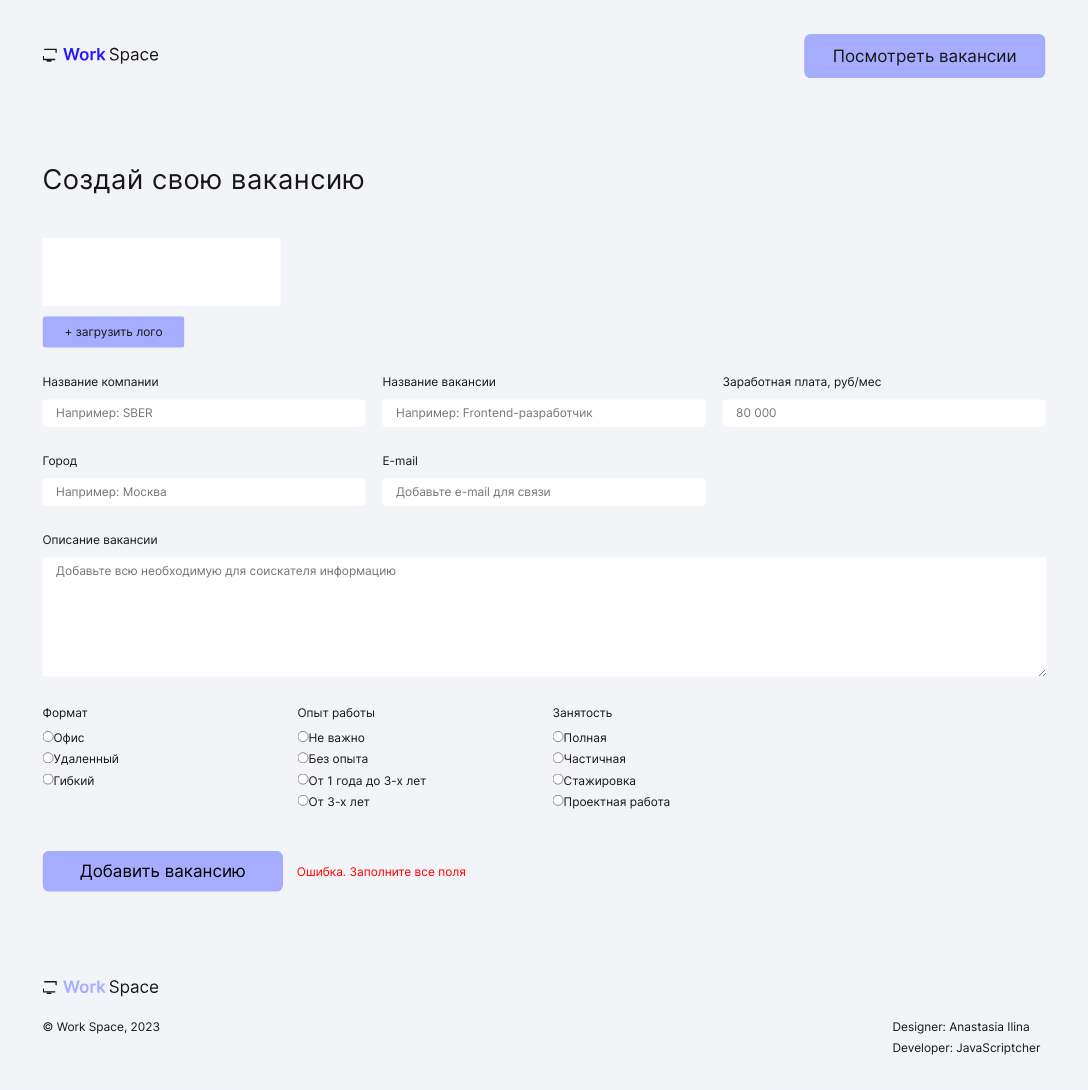
Repository: alexboagreek/workspace_js
Page: employer.html
The author's editor kept a copy of each file at every save. The page is drawn from the files as they stood at one save, then again after a run of saves.
The browser window is 1280 px wide. The pictures show the whole page, at 85% of full size.

Above is the page before, as saved 2023-09-14 11:32:46.
Console error: TypeError: Cannot read properties of null (reading 'addEventListener')

### employer.html
<!DOCTYPE html>
<html lang="ru">
  <head>
    <meta charset="UTF-8" />
    <meta name="viewport" content="width=device-width, initial-scale=1.0" />
    <title>Workspace - добавить вакансию</title>

    <link rel="stylesheet" href="index.css" />

    <script src="js/choices.min.js" defer></script>
    <script src="js/script.js" defer></script>
  </head>

  <body>
    <header class="header">
      <div class="container header__container">
        <a href="index.html">
          <img
            class="header__logo"
            src="img/logo.svg"
            alt="Логитип WorkSpace"
          />
        </a>
        <div class="header__links">
          <a class="header__link" href="index.html#vacancies">
            Посмотреть вакансии
          </a>
        </div>
      </div>
    </header>

    <main>
      <section class="employer">
        <div class="container">
          <h1 class="employer__title">Создай свою вакансию</h1>

          <form class="employer__form">
            <div class="employer__file file">
              <div class="file__wrap-preview">
                <img src="#" alt="" class="file__preview" />
              </div>

              <div class="file__wrap-btn">
                <label for="logo" class="file__label"> + загрузить лого </label>
                <input
                  name="logo"
                  type="file"
                  class="file__input"
                  id="logo"
                  accept="image/png, image/jpeg"
                  required
                />
              </div>
            </div>

            <fieldset class="employer__fieldset-input">
              <div class="employer__wrap-input">
                <label class="employer__label" for="company"
                  >Название компании
                </label>

                <input
                  type="text"
                  class="employer__input"
                  id="company"
                  name="company"
                  placeholder="Например: SBER"
                />
              </div>

              <fieldset class="employer__fieldset">
                <div class="employer__wrap-input">
                  <label class="employer__label" for="title"
                    >Название вакансии</label
                  >

                  <input
                    type="text"
                    class="employer__input"
                    id="title"
                    name="title"
                    placeholder="Например: Frontend-разработчик"
                  />
                </div>
              </fieldset>

              <fieldset class="employer__fildset">
                <div class="employer__wrap-input">
                  <label class="employer__label" for="salary"
                    >Заработная плата, руб/мес</label
                  >

                  <input
                    type="number"
                    class="employer__input"
                    id="salary"
                    name="salary"
                    placeholder="80 000"
                  />
                </div>
              </fieldset>

              <fieldset class="employer__fildset">
                <div class="employer__wrap-input">
                  <label class="employer__label" for="location">Город</label>

                  <input
                    type="text"
                    class="employer__input"
                    id="location"
                    name="location"
                    placeholder="Например: Москва"
                  />
                </div>
              </fieldset>

              <fieldset class="employer__fildset">
                <div class="employer__wrap-input">
                  <label class="employer__label" for="email">E-mail</label>

                  <input
                    type="email"
                    class="employer__input"
                    id="email"
                    name="email"
                    placeholder="Добавьте e-mail для связи"
                  />
                </div>
              </fieldset>
            </fieldset>



            <fieldset class="employer__fieldset-textarea">
              <label class="employer__label" for="description"
                >Описание вакансии</label
              >

              <textarea
                class="employer__textarea"
                name="description"
                id="description"
                placeholder="Добавьте всю необходимую для соискателя информацию"
              ></textarea>
            </fieldset>

            <div class="employer__radio-buttons">
              <fieldset class="employer__fieldset-radio">
                <legend class="employer__legend">Формат</legend>

                <label class="employer__label-radio radio">
                  <input
                    type="radio"
                    class="radio__input"
                    name="format"
                    value="Офис"
                  />Офис
                </label>

                <label class="employer__label-radio radio">
                  <input
                    type="radio"
                    class="radio__input"
                    name="format"
                    value="Удаленный"
                  />Удаленный
                </label>

                <label class="employer__label-radio radio">
                  <input
                    type="radio"
                    class="radio__input"
                    name="format"
                    value="Гибкий"
                  />Гибкий
                </label>
              </fieldset>

              <fieldset class="employer__fieldset-radio">
                <legend class="employer__legend">Опыт работы</legend>

                <label class="employer__label-radio radio">
                  <input
                    type="radio"
                    class="radio__input"
                    name="experience"
                    value="Не важно"
                  />Не важно
                </label>

                <label class="employer__label-radio radio">
                  <input
                    type="radio"
                    class="radio__input"
                    name="experience"
                    value="Без опыта"
                  />Без опыта
                </label>

                <label class="employer__label-radio radio">
                  <input
                    type="radio"
                    class="radio__input"
                    name="experience"
                    value="От 1 года до 3-х лет"
                  />От 1 года до 3-х лет
                </label>

                <label class="employer__label-radio radio">
                  <input
                    type="radio"
                    class="radio__input"
                    name="experience"
                    value="От 3-х лет"
                  />От 3-х лет
                </label>
              </fieldset>

              <fieldset class="employer__fieldset-radio">
                <legend class="employer__legend">Занятость</legend>

                <label class="employer__label-radio radio">
                  <input
                    type="radio"
                    class="radio__input"
                    name="type"
                    value="Полная"
                  />Полная
                </label>

                <label class="employer__label-radio radio">
                  <input
                    type="radio"
                    class="radio__input"
                    name="type"
                    value="Частичная"
                  />Частичная
                </label>

                <label class="employer__label-radio radio">
                  <input
                    type="radio"
                    class="radio__input"
                    name="type"
                    value="Стажировка"
                  />Стажировка
                </label>

                <label class="employer__label-radio radio">
                  <input
                    type="radio"
                    class="radio__input"
                    name="type"
                    value="Проектная работа"
                  />Проектная работа
                </label>
              </fieldset>
            </div>

            <div class="employer__wrap-submit">
              <button class="employer__submit" type="submit">
                Добавить вакансию
              </button>
              <div class="employer__error">Ошибка. Заполните все поля</div>
            </div>
          </form>
        </div>
      </section>
    </main>

    <footer class="footer">
      <div class="container footer__container">
        <img
          class="footer__logo"
          src="img/logo-footer.svg"
          alt="Логотип WorkSpace"
        />

        <p class="footer__copyright">© Work Space, 2023</p>

        <ul class="footer__contacts">
          <li class="footer__contact">
            Designer:
            <a class="footer__link" href="#">Anastasia Ilina</a>
          </li>
          <li class="footer__contact">
            Developer:
            <a class="footer__link" href="#">JavaScriptcher</a>
          </li>
        </ul>
      </div>
    </footer>
  </body>
</html>

### index.css
@import "style/normalize.css";
@import "style/choices.min.css";
@import "style/style.css";
@import "style/header.css";
@import "style/hero.css";
@import "style/vacancies.css";
@import "style/filter.css";
@import "style/choices.css";
@import "style/checkbox.css";
@import "style/cards.css";
@import "style/vacancy.css";
@import "style/footer.css";
@import "style/modal.css";
@import "style/detail.css";
@import "style/employer.css";
@import "style/file.css";
@import "style/radio.css";

### style/style.css
@font-face {
  font-family: Inter;
  font-weight: 400;
  src: url("../fonts/inter-regular.woff2") format("woff2"),
    url("../fonts/inter-regular.woff") format("woff");
}

html {
  scroll-behavior: smooth;
  position: relative;
  box-sizing: border-box;
}

*,
*:before,
*:after {
  box-sizing: inherit;
}

body {
  min-width: 320px;
  min-height: 100vh;
  font-family: Inter, sans-serif;
  font-size: 14px;
  color: #171717;
  background-color: #f3f4f8;
  line-height: 1.2;
}

img,
svg {
  max-width: 100%;
  max-height: 100%;
  height: auto;
}

button {
  padding: 0;
  border: 0;
  cursor: pointer;
  background-color: transparent;
}

a {
  text-decoration: none;
  color: inherit;
}

ul {
  padding: 0;
  margin: 0;
  list-style: none;
}

h1,
h2,
h3,
p {
  margin: 0;
}

fieldset {
  padding: 0;
  margin: 0;
  border: 0;
}

.visually-hidden {
  position: fixed;
  transform: scale(0);
}

.container {
  --width: 1180px;
  --padding: 30px;
  max-width: calc(var(--width) + var(--padding) * 2);
  margin: 0 auto;
  padding: 0 var(--padding);
}

.blue-text {
  color: #2a18ff;
}

@media (max-width: 1140px) {
  .container {
    --width: 880px;
  }
}

@media (max-width: 940px) {
  .container {
    --width: 680px;
  }
}

@media (max-width: 640px) {
  .container {
    --padding: 15px;
  }
}

### style/header.css
.header {
  padding: 40px 0;
}

.header__container {
  display: flex;
  align-items: center;
  justify-content: space-between;
  flex-wrap: wrap;
  gap: 24px;
}

.header__links {
  display: flex;
  gap: 8px;
  flex-wrap: wrap;
}

.header__link {
  padding: 12px 32px;
  border-radius: 8px;
  background-color: #a6adff;
  font-size: 20px;
  text-align: center;
  border: 2px solid transparent;
  transition-property: color, background-color;
  transition-duration: 0.2s;
  transition-timing-function: ease-in-out;
}

.header__link_o {
  background-color: transparent;
  border: 2px solid #A6ADFF;
}

.header__link:focus-visible {
  border-color: #4f58be;
}

.header__link:hover {
  color: #fff;
  background-color: #2a18ff;
}


@media (max-width: 1140px) {
  .header {
    padding: 32px 0 40px;
  }
}

@media (max-width: 940px) {
  .header {
    padding: 24px 0 30px;
  }

  .header__link {
    padding: 8px 23px;
    font-size: 14px;
  }
}

@media (max-width: 640px) {
  .header {
    padding: 24px 0 20px;
  }

  .header__container {
    flex-direction: column;
    align-items: center;
    justify-content: center;
  }

  .header__links {
    max-width: 290px;
  }

  .header__link {
    width: 100%;
  }

}

### style/hero.css
.hero {
  padding: 60px 0 50px;
}

.hero__container {
  position: relative;
  padding-top: 57px;
  padding-bottom: 57px;
}

.hero__container:after {
  content: "";
  position: absolute;
  right: -9px;
  top: 0;
  bottom: 0;
  width: 421px;
  background: url("../img/laptop.png") no-repeat center/contain;
}

.hero__title {
  position: relative;
  z-index: 2;
  max-width: 780px;
  font-size: 90px;
  letter-spacing: 1.8px;
  text-transform: uppercase;
}

@media (max-width: 1140px) {
  .hero {
    padding: 40px 0;
  }

  .hero__container {
    padding-top: 53px;
    padding-bottom: 53px;
  }

  .hero__container:after {
    width: 340px;
  }

  .hero__title {
    max-width: 580px;
    font-size: 64px;
    letter-spacing: 1.28px;
  }
}

@media (max-width: 940px) {
  .hero {
    padding: 30px 0;
  }

  .hero__container {
    padding-top: 40px;
    padding-bottom: 40px;
  }

  .hero__container:after {
    width: 269px;
  }

  .hero__title {
    max-width: 450px;
    font-size: 52px;
    letter-spacing: 1.04px;
  }
}

@media (max-width: 640px) {
  .hero {
    padding-top: 20px;
    padding-bottom: 10px;
  }

  .hero__container {
    padding-top: 0;
    padding-bottom: 234px;
  }

  .hero__title {
    max-width: 290px;
    text-align: center;
    margin: 0 auto;
    font-size: 32px;
  }

  .hero__container:after {
    right: auto;
    top: auto;
    height: 269px;
    left: 50%;
    transform: translateX(-50%);
    background-position: bottom;
  }
}

### style/vacancies.css
.vacancies {
  padding: 50px 0;
}

.vacancies__container {
  display: flex;
  align-items: start;
  gap: 24px 20px;
}

.vacancies__filter-btn {
  display: none;
}

.vacancies__filter {
  flex: 0 0 280px;
}

.vacancies__cards {
  flex-basis: 100%;
}

@media (max-width: 1140px) {
  .vacancies {
    padding: 40px 0;
  }
}

@media (max-width: 940px) {
  .vacancies {
    padding: 30px 0;
  }

  .vacancies__container {
    flex-direction: column;
    row-gap: 0;
  }

  .vacancies__filter-btn {
    display: flex;
    align-items: center;
    margin-bottom: 24px;
    transition-property: margin-bottom, color;
    transition-duration: 0.2s, 0.3s;
    transition-timing-function: ease-in-out;
    transition-delay: 0.2s, 0s;
    color: #2a18ff;
    line-height: 20px;
  }

  .vacancies__filter-btn:hover:not(:focus) {
    color: #a6adff;
  }

  .vacancies__filter-btn-arrow {
    position: relative;
    top: -2px;
    display: block;
    width: 20px;
    height: 20px;
  }

  .vacancies__filter-btn_active {
    margin-bottom: 32px;
    transition-delay: 0s;
  }

  .vacancies__filter-btn_active .vacancies__filter-btn-arrow {
    transform: rotate(180deg);
    top: 2px;
  }

  .vacancies__filter {
    width: 100%;
    flex-basis: auto;
    height: 0;
    overflow: hidden;
    transition: height 0.4s ease-in-out;
  }

  .vacancies__filter_active {
    height: auto;
    margin-bottom: 40px;
  }

  .vacancies__cards {
    width: 100%;
  }
}

@media (max-width: 640px) {
  .vacancies__filter-btn_active {
    margin-bottom: 24px;
  }
}

### style/filter.css
.filter {
  position: relative;
}

.filter__reset {
  position: absolute;
  top: 7px;
  right: 0;
  color: #ccc;
}

.filter__title {
  font-size: 20px;
  font-weight: 400;
  margin-bottom: 32px;
}

.filter__form {
  display: flex;
  flex-direction: column;
  gap: 32px;
}

.filter__fieldset {
  display: flex;
  flex-direction: column;
  align-items: start;
}

.filter__legend {
  margin-bottom: 12px;
}

.filter__select {
  width: 100%;
}

.filter__range {
  display: flex;
  align-items: center;
  justify-content: space-between;
  gap: 10px;
}

.filter__label:not(:last-child) {
  margin-bottom: 8px;
}

.filter__input {
  flex: 1 1 50%;
  width: 100%;
  padding: 0 16px;
  height: 32px;
  border: 0;
}

.filter__input::placeholder {
  color: #ccc;
}

.filter__checkboxes {
  display: flex;
  flex-direction: column;
  gap: 32px;
}

.filter__button {
  padding: 8px 24px;
  border-radius: 4px;
  background-color: #a6adff;
  border: 2px solid transparent;
  transition-property: color, background-color;
  transition-duration: 0.2s;
  transition-timing-function: ease-in-out;
}

.filter__button:focus-visible {
  border-color: #4f58be;
}

.filter__button:hover {
  color: #fff;
  background-color: #2a18ff;
}

@media (max-width: 940px) {
  .filter__title {
    position: fixed;
    transform: scale(0);
  }

  .filter__input {
    max-width: 140px;
  }

  .filter__checkboxes {
    display: grid;
    grid-template-columns: repeat(auto-fit, minmax(180px, 1fr));
    gap: 24px 70px;
  }

  .filter__buttons {
    display: flex;
    gap: 16px;
    align-items: center;
  }

  .filter__reset {
    position: static;
  }
}

### style/choices.css
.choices {
  width: 100%;
}

.choices__inner {
  background-color: #fff;
  padding: 6px 16px;
  min-height: 32px;
  border: 0;
}

.choices__list--single {
  padding: 0;
}

.choices[data-type*="select-one"]::after {
  width: 20px;
  height: 20px;
  background: url("../img/arrow.svg") no-repeat center/contain;
  border: 0;
  top: 6px;
  right: 16px;
  margin-top: 0;
}

.choices[data-type*="select-one"].is-open::after {
  transform: rotate(180deg);
  margin-top: 0;
}

### style/checkbox.css
.checkbox {
  position: relative;
  display: block;
  line-height: 20px;
  padding-left: 28px;
}

.checkbox__input {
  -webkit-appearance: none;
  -moz-appearance: none;
  appearance: none;
  position: absolute;
  width: 20px;
  height: 20px;
  left: 0;
  top: 0;
  bottom: 0;
  background-color: #fff;
  border-radius: 4px;
}

.checkbox__input:after {
  content: "";
  position: absolute;
  inset: 0;
  display: block;
  background: url("../img/check.svg") no-repeat center;
  opacity: 0;
  transition: opacity 0.2s ease-in-out;
}

.checkbox__input:checked:after {
  opacity: 1;
}

.checkbox__input:focus-visible {
  outline: none;
  box-shadow: 0px 2px 10px rgba(0, 0, 0, 0.25);
}

.checkbox__input:hover:not(:disabled) {
  box-shadow: 0px 2px 10px rgba(166, 173, 255, 0.55);
}

.checkbox__input:disabled {
  background-color: #ccc;
}

### style/cards.css
.cards__list {
  display: grid;
  grid-template-columns: repeat(auto-fit, minmax(280px, 1fr));
  gap: 20px;
}

@media (max-width: 940px) {
  .cards__list {
    grid-template-columns: repeat(auto-fit, minmax(220px, 1fr));
    gap: 10px;
  }
}

### style/vacancy.css
.vacancy {
  border-radius: 16px;
  background-color: #fff;
  padding: 16px;
  height: 100%;
  cursor: pointer;
  outline: none;
  border: 2px solid transparent;
}

.vacancy:hover {
  background-color: #f9faff;
}

.vacancy:focus-visible {
  border-color: #a6adff;
}

.vacancy__img {
  max-height: 44px;
  margin-bottom: 12px;
  display: block;
}

.vacancy__company {
  font-size: 20px;
  margin-bottom: 8px;
}

.vacancy__title {
  display: inline-block;
  padding: 3px 5px;
  font-size: 14px;
  font-weight: 400;
  border-radius: 4px;
  background-color: #eaecff;
  margin-bottom: 8px;
}

.vacancy__field {
  color: #ccc;
}

### style/footer.css
.footer {
  padding: 50px 0 40px;
}

.footer__container {
  display: grid;
  gap: 27px;
  grid-template-areas:
    "logo ."
    "copyright contacts";
}

.footer__logo {
  grid-area: logo;
}

.footer__copyright {
  grid-area: copyright;
}

.footer__contacts {
  grid-area: contacts;
  justify-self: end;
  min-width: 180px;
}

.footer__contact {
  margin-bottom: 8px;
}

.footer__contact:last-child {
  margin-bottom: 0;
}

.footer__link:hover {
  color: brown;
}

@media (max-width: 1140px) {
  .footer {
    padding: 40px 0 32px;
  }
}

@media (max-width: 940px) {
  .footer {
    padding: 30px 0 24px;
  }
}

@media (max-width: 640px) {
  .footer {
    padding-top: 20px;
  }

  .footer__container {
    grid-template-areas:
      "logo"
      "copyright"
      "contacts";
  }

  .footer__contacts {
    justify-self: start;
  }
}

### style/modal.css
.modal {
  position: fixed;
  z-index: 10;
  inset: 0;
  background-color: rgba(0, 0, 0, 0.5);
  cursor: pointer;
  padding: 30px;
  overflow-y: auto;
  display: flex;
}

.modal__main {
  position: relative;
  margin: auto;
  cursor: default;
}

.modal__close {
  background-color: transparent;
  border: none;
  cursor: pointer;
  position: absolute;
  top: 12px;
  right: 12px;
  padding: 0;
  line-height: 0;
  outline: 1px solid transparent;
  border-radius: 3px;
}

.modal__close:focus-visible {
  outline-color: gray;
}

@media (max-width: 640px) {
  .modal {
    padding: 30px 15px;
  }
}

### style/detail.css
.detail {
  max-width: 780px;
  border-radius: 16px;
  box-shadow: 0px 10px 50px 0px rgba(4, 0, 49, 0.1);
  background: #fff url("../img/likemen.png") no-repeat bottom right;
  background-size: 150px;
  padding: 36px 36px 80px;
}

.detail__header {
  display: grid;
  grid-template-columns: 101px 1fr;
  gap: 12px 20px;
  margin-bottom: 32px;
}

.detail__logo {
  width: 100%;
  max-height: 101px;
  grid-row: 1 / 3;
  align-self: center;
  justify-self: start;
}

.detail__company {
  font-size: 32px;
  letter-spacing: 0.64px;
  align-self: end;
  justify-self: start;
}

.detail__title {
  font-size: 20px;
  font-weight: 400;
  align-self: start;
  justify-self: start;
  border-radius: 4px;
  background-color: #eaecff;
  padding: 5px 10px;
}

.detail__main {
  display: flex;
  gap: 20px;
  margin-bottom: 32px;
}

.detail__description {
  max-width: 465px;
  line-height: 1.4;
}

.detail__fields {
  display: flex;
  flex-direction: column;
  align-items: start;
  gap: 4px;
}

.detail__field {
  padding: 3px 10px;
  border-radius: 30px;
  background-color: #eaecff;
}

.detail__resume {
  line-height: 1.4;
}

@media (max-width: 940px) {
  .detail {
    max-width: 680px;
    padding: 24px 24px 72px;
  }

  .detail__main {
    gap: 10px;
  }

  .detail__description {
    max-width: 418px;
  }
}

@media (max-width: 640px) {
  .detail {
    padding: 24px 15px;
    background-image: none;
  }

  .detail__header {
    grid-template-columns: 60px 1fr;
    gap: 4px 8px;
    margin-bottom: 24px;
  }

  .detail__company {
    font-size: 20px;
    letter-spacing: 0.4px;
  }

  .detail__title {
    font-size: 12px;
  }

  .detail__main {
    flex-direction: column;
    gap: 24px;
    margin-bottom: 24px;
  }

  .detail__description {
    max-width: 100%;
  }
}

### style/file.css
.file {
  position: relative;
  display: flex;
  flex-direction: column;
  align-items: start;
}

.file__wrap-preview {
  background-color: #fff;
  min-width: 280px;
  height: 80px;
  margin-bottom: 12px;
}

.file__wrap-preview_active {
  min-width: auto;
}

.file__preview {
}

.file__wrap-btn {
  position: relative;
}

.file__label {
  display: inline-block;
  padding: 8px 24px;
  border-radius: 4px;
  background-color: #a6adff;
  cursor: pointer;
  transition: all 0.4s ease-in-out;
  border: 2px solid transparent;
}


.file__label:focus-visible {
  border-color: #4f58be;
}

.file__label:hover {
  color: #fff;
  background-color: #2a18ff;
}

.file__input {
  opacity: 0;
  position: absolute;
  width: 1px;
  height: 1px;
  top: 50%;
  left: 50%;
}

.file__wrap-btn:focus-within .file__label {
  border-color: #4f58be;
}

### style/radio.css
.radio {
  position: relative;
}
.radio__input {
}

Loaded but not shown: js/choices.min.js (library); style/normalize.css (library); style/choices.min.css (library); js/script.js (300 lines, source omitted); style/employer.css (179 lines, source omitted)

After the next 5 saves:
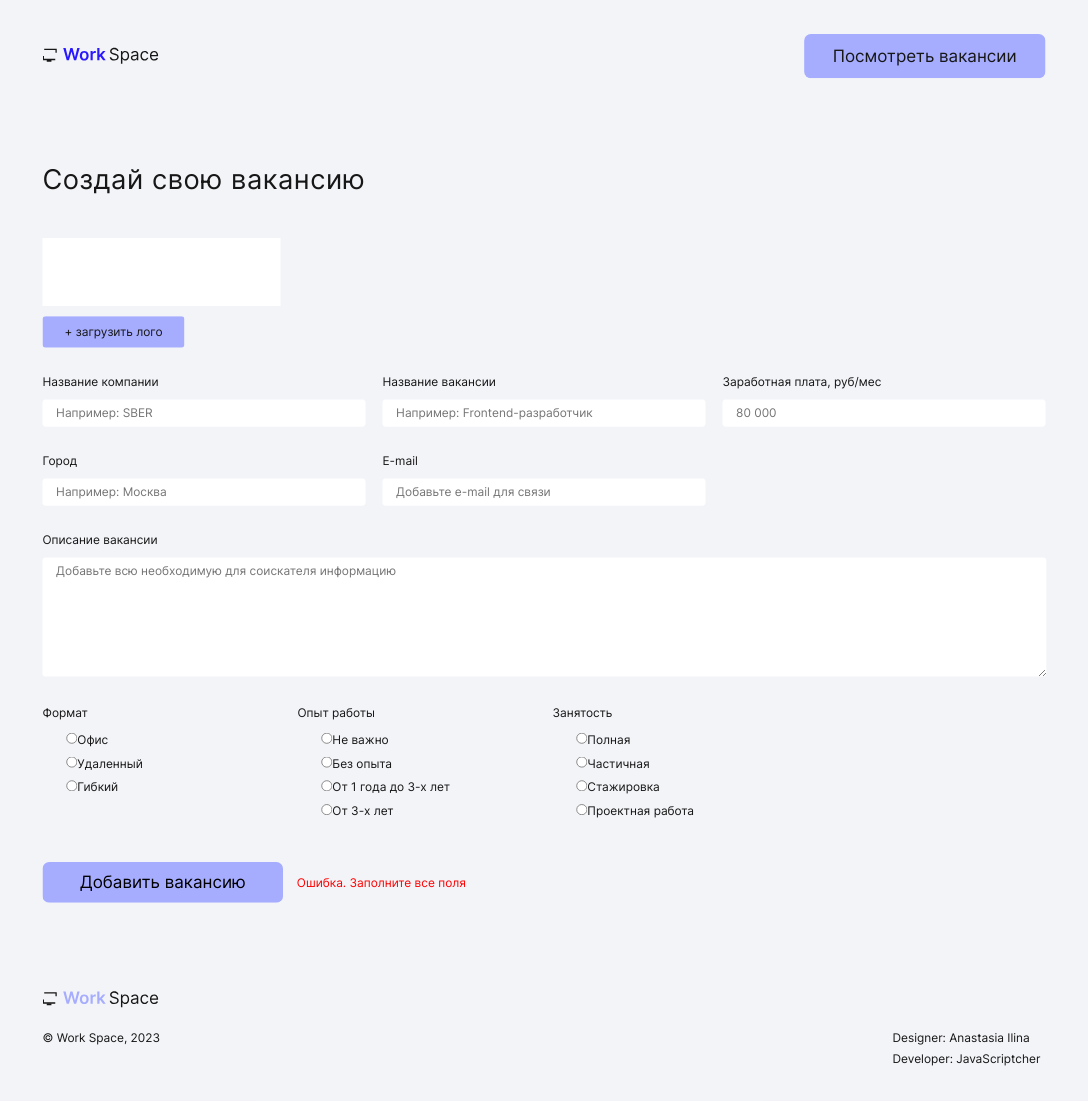
The 5 saves are shown as one change because they came seconds apart.
The last was saved 14 s later.
--- a/style/radio.css
+++ b/style/radio.css
@@ -1,5 +1,8 @@
 .radio {
   position: relative;
+  display: block;
+  line-height: 20px;
+  padding-left: 28px;
 }
 .radio__input {
 }
